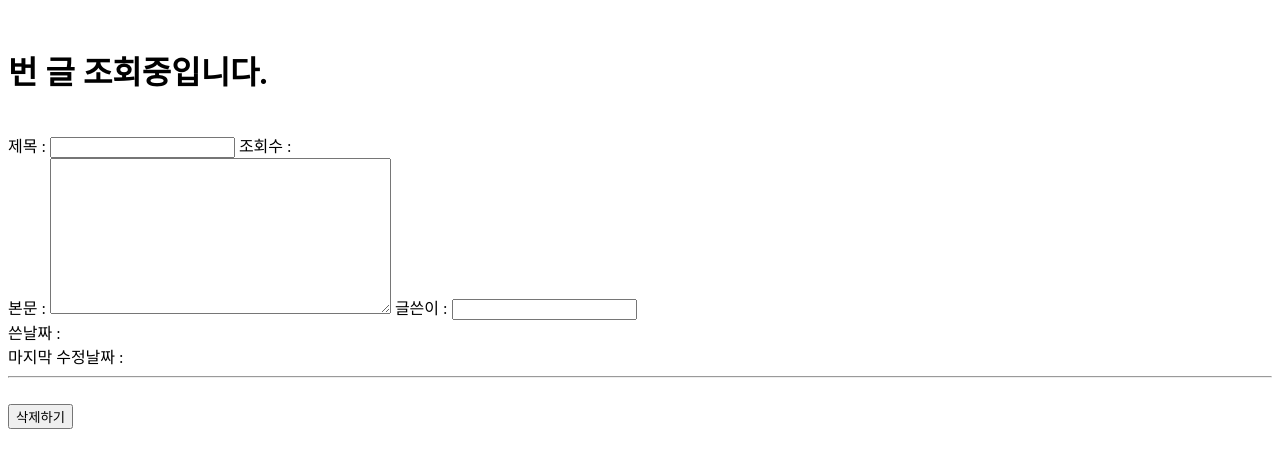
Repository: HeeMang28/jsp2
Page: http://localhost/MyFirstWeb/board/boardDetail.jsp
The author's editor kept a copy of each file at every save. The page is drawn from the files as they stood at one save, then again after the next save.
The browser window is 1280 px wide. The pictures show the whole page.
The page is served by Tomcat 9. The template is opened directly, without the code that normally fills it, so the values that code supplies are empty.

Above is the page before, as saved 2022-04-21 08:40:48.

After the next save:
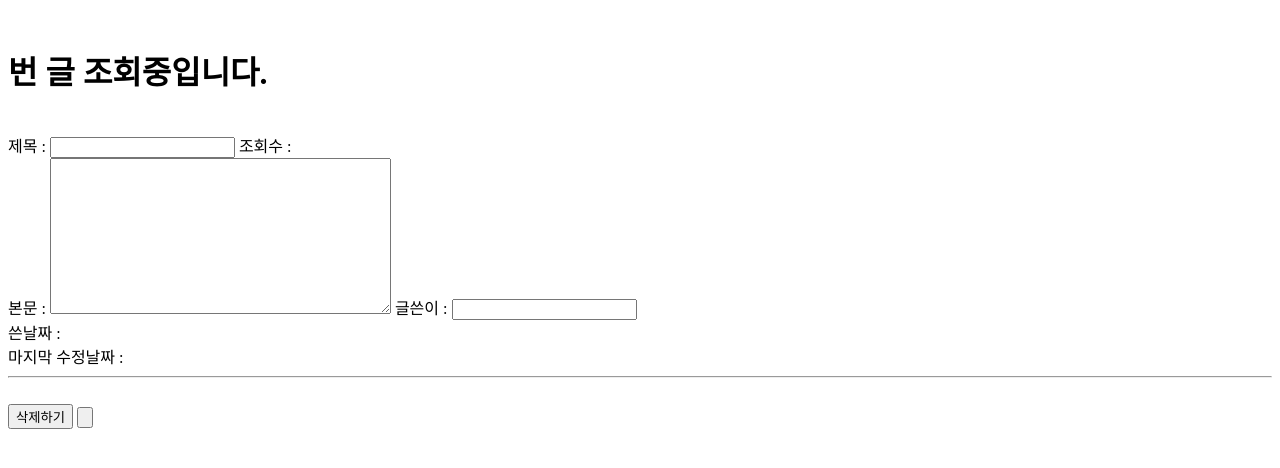
Saved 30 min 9 s later.
--- a/MyFirstWeb/src/main/webapp/board/boardDetail.jsp
+++ b/MyFirstWeb/src/main/webapp/board/boardDetail.jsp
@@ -20,6 +20,7 @@
 	<!--  삭제용 글 번호는 노출시킬 필요가 없으므로 hidden타입으로 숨겨서 보냄 -->
 	<input type="hidden" name="board_num" value="${board.boardNum }"><br/>
 	<input type="submit" value="삭제하기" />
+	<input type="button" a="http://localhost:8181/MyFirstWeb/boardList">
 	</form>
 </body>
 </html>
